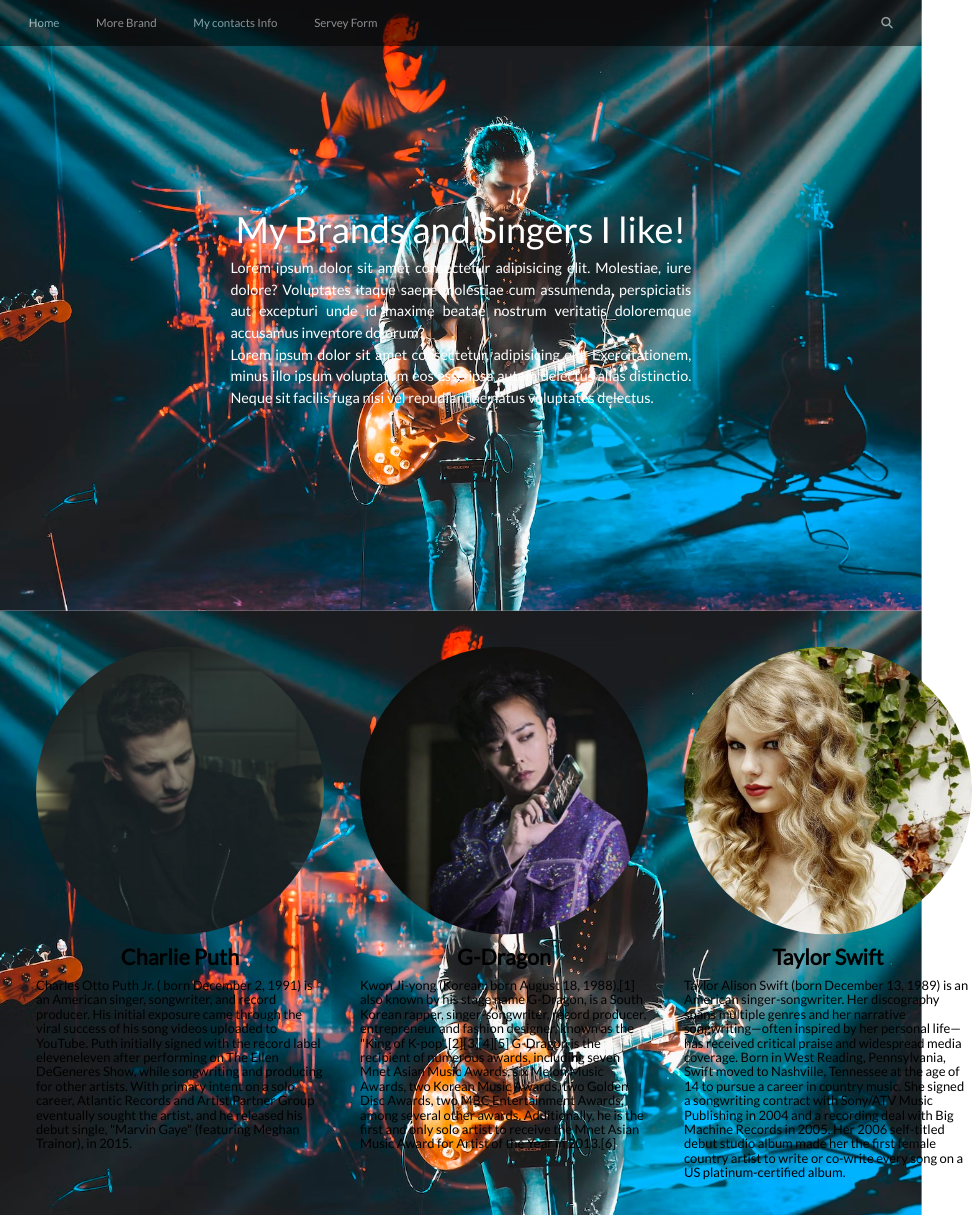
Repository: MinChea36/asm
Page: ASSM1.html
These files come from the project's save history. The page is drawn as it stood at one moment and after a run of saves; the edit follows.
The browser window is 1280 px wide. The page is 1350 px wide, so the pictures cover 1350 px, including what lies to the right of the window. The pictures show the whole page, at 72% of full size.

Above is the page before, as saved 2022-09-22 22:47:28.

### ASSM1.html
<!DOCTYPE html>
<html lang="en">
<head>
    <meta charset="UTF-8">
    <meta http-equiv="X-UA-Compatible" content="IE=edge">
    <meta name="viewport" content="width=device-width, initial-scale=1.0">
    <link rel="stylesheet" href="./resetcss.css">
    <link rel="stylesheet" href="./style.css">
    <link rel="stylesheet" href="https://cdnjs.cloudflare.com/ajax/libs/font-awesome/6.2.0/css/all.min.css">
    <link rel="stylesheet" href="https://fonts.googleapis.com/css?family=Lato">
    <title>AssignMent 1</title>
</head>
<body>
    <div class="top-menu">
        <div class="menu">
            <a href="#1">Home</a> |
            <a href="#2">More Brand</a> |
            <a href="#3">My contacts Info</a> |
            <a href="#4">Servey Form</a> |
        </div>
        <div class="search">
            <i class="fa-solid fa-magnifying-glass"></i>
        </div>
    </div>
    <div class="brand-singer">
        <img src="./photo-1598387993441-a364f854c3e1.avif" width="100%" alt="">
        <div class="brand-singer-in-img">
        <h2>My Brands and Singers I like!</h2>
        <p>Lorem ipsum dolor sit amet consectetur adipisicing elit. Molestiae, iure dolore? Voluptates itaque saepe molestiae cum assumenda, perspiciatis aut excepturi unde id maxime beatae nostrum veritatis doloremque accusamus inventore dolorum?<br>
            Lorem ipsum dolor sit amet consectetur, adipisicing elit. Exercitationem, minus illo ipsum voluptatum eos esse ipsa autem delectus alias distinctio. Neque sit facilis fuga nisi vel repudiandae natus voluptates delectus.
        </p>
        </div>
    </div>
    <div class="singers-like">
        <div class="row">
            <div class="card-img">
               <img src="./643a87-Charlie-Puth-Claims-Hes-Done-Writing-Love-Ballads-And-Is-Bring-His-Dark-Thoughts-To-His-New-Album-feature.webp" alt="">
            </div>
            <div class="singers-text">
            <h2>Charlie Puth</h2>
            <p>Charles Otto Puth Jr. ( born December 2, 1991) is an American singer, songwriter, and record producer. His initial exposure came through the viral success of his song videos uploaded to YouTube. Puth initially signed with the record label eleveneleven after performing on The Ellen DeGeneres Show, while songwriting and producing for other artists. With primary intent on a solo career, Atlantic Records and Artist Partner Group eventually sought the artist, and he released his debut single, "Marvin Gaye" (featuring Meghan Trainor), in 2015.</p>
            </div>
        </div>
        <div class="row">
            <div class="card-img">
               <img src="/G-Dragon-elle-man-1.jpg" alt="">
            </div>
            <div class="singers-text">
            <h2>G-Dragon</h2>
            <p>Kwon Ji-yong (Korean: born August 18, 1988),[1] also known by his stage name G-Dragon, is a South Korean rapper, singer-songwriter, record producer, entrepreneur and fashion designer, known as the "King of K-pop".[2][3][4][5] G-Dragon is the recipient of numerous awards, including seven Mnet Asian Music Awards, six Melon Music Awards, two Korean Music Awards, two Golden Disc Awards, two MBC Entertainment Awards, among several other awards. Additionally, he is the first and only solo artist to receive the Mnet Asian Music Award for Artist of the Year in 2013.[6]</p>
            </div>
        </div>
        <div class="row">
            <div class="card-img">
               <img src="images814767taylorsw-c29a.jpg" alt="">
            </div>
            <div class="singers-text">
            <h2>Taylor Swift</h2>
            <p>Taylor Alison Swift (born December 13, 1989) is an American singer-songwriter. Her discography spans multiple genres and her narrative songwriting—often inspired by her personal life—has received critical praise and widespread media coverage. Born in West Reading, Pennsylvania, Swift moved to Nashville, Tennessee at the age of 14 to pursue a career in country music. She signed a songwriting contract with Sony/ATV Music Publishing in 2004 and a recording deal with Big Machine Records in 2005. Her 2006 self-titled debut studio album made her the first female country artist to write or co-write every song on a US platinum-certified album.</p>
        </div>
        </div>
    </div>


</body>
</html>

### resetcss.css
*,
*::before,
*::after {
  box-sizing: border-box;
}
* {
  margin: 0;
  padding: 0;
  font: inherit;
}
body {
  line-height: 1.5;
}
img,
picture,
video,
canvas,
svg {
  display: block;
  max-width: 100%;
}
input,
button,
textarea,
select {
  outline: none;
}
p,
h1,
h2,
h3,
h4,
h5,
h6 {
  overflow-wrap: break-word;
}

### style.css
body {
    padding: 0;
    margin: 0;
    font-family: "Lato", sans-serif;
}
.top-menu {
    display: flex;
    justify-content: space-between;
    background-color: black;
    padding: 20px;
    position: fixed;
    top: 0;
    left: 0;
    z-index: 2;
    right: 0;
    opacity: 0.5;
}
.menu a{
    color: white;
    text-decoration: none;
    padding: 0 20px;
}
.menu a:hover {
    color: red;
}
.search i {
    color: white;
    padding-right: 20px;
}
.brand-singer {
    position: relative;
}
.brand-singer-in-img {
    position: absolute;
    top: 50%;
    left: 50%;
    transform: translate(-50%, -50%);
    color: white;
    text-align: center;
}
.brand-singer h2 {
    font-size: 50px;
}
.brand-singer p {
    text-align: justify;
    font-size: 20px;
}
.singers-like {
    display: grid;
    grid-template-columns: repeat(3,1fr);
    grid-column-gap: 50px;
    padding: 50px 50px;
    line-height: 20px;
    background-image: url(./photo-1598387993441-a364f854c3e1.avif);
}
.singers-text h2 {
    margin-top: 20px;
    margin-bottom: 20px;
    text-align: center;
    font-size: 30px;
    font-weight: bold;
}
.singers-text p {
    font-size: 18px;
}
.card-img {
    border-radius: 50%;
    width: 400px;
    height: 400px;
    overflow: hidden;
    margin: 0 auto;
}
.card-img img{
    width: 100%;
    height: 100%;
    object-fit: cover;
}

After the next 2 saves:
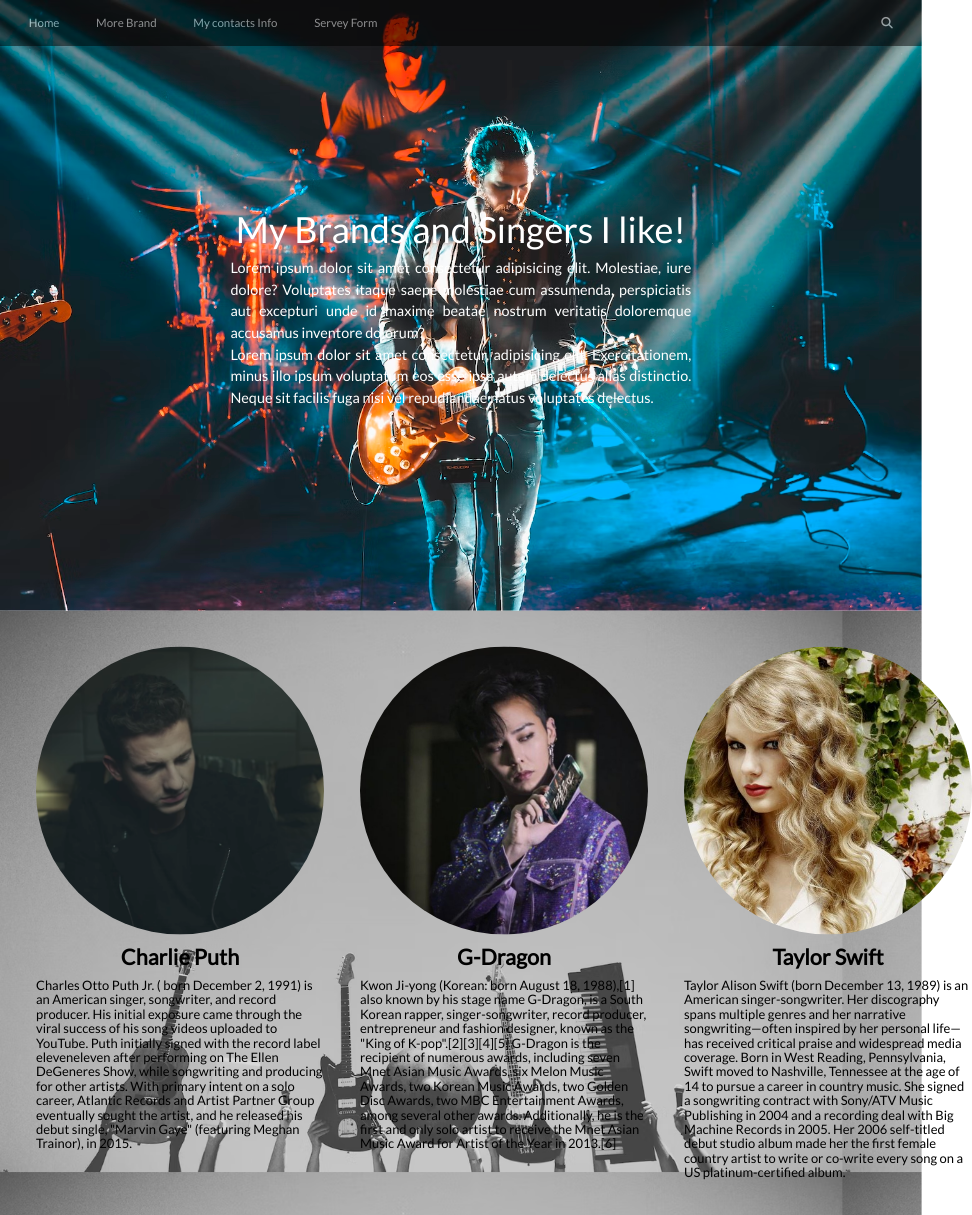
The 2 saves are shown as one change because they came seconds apart.
The last was saved 7 s later.
--- a/style.css
+++ b/style.css
@@ -51,7 +51,7 @@
     grid-column-gap: 50px;
     padding: 50px 50px;
     line-height: 20px;
-    background-image: url(./photo-1598387993441-a364f854c3e1.avif);
+    background-image: url(./photo-1445375011782-2384686778a0.avif);
 }
 .singers-text h2 {
     margin-top: 20px;
